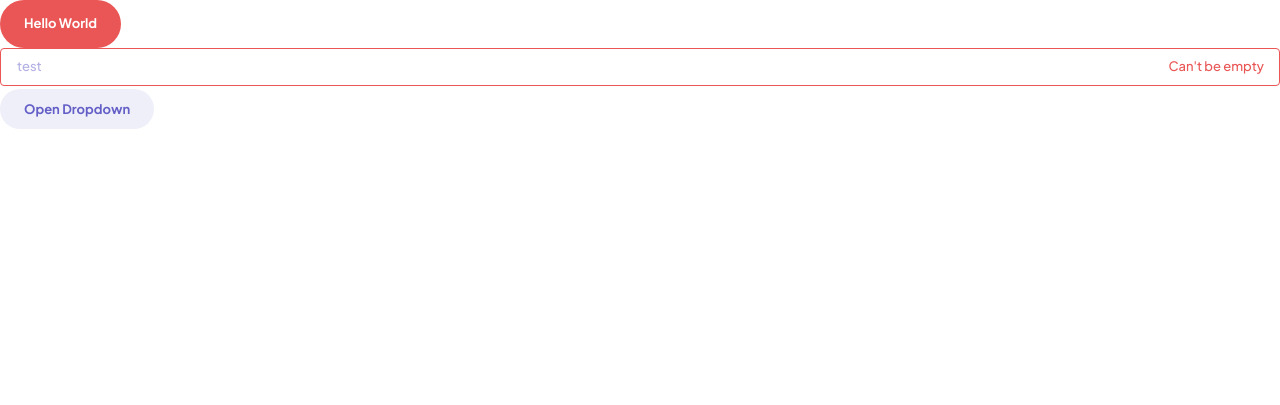
Repository: Baraajad231/Kanban-Board
Page: /
The author's editor kept a copy of each file at every save. The page is drawn from the files as they stood at one save, then again after the next save.
The browser window is 1280 px wide. The pictures show the whole page.
The project was rebuilt for these pictures with package versions that can differ from the ones it lists, and the page was loaded fresh each time. Also part of the build but not shown: vite.config.js.

Above is the page before, as saved 2026-03-24 16:56:26.

After the next save:
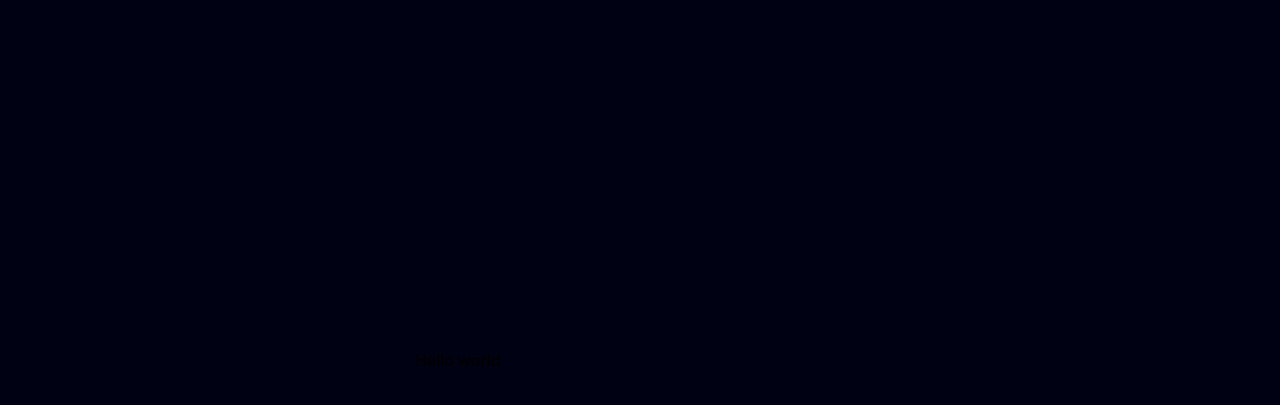
Saved 8 s later.
--- a/src/App.jsx
+++ b/src/App.jsx
@@ -27,7 +27,7 @@
           },
         }}
       />
-      <DialogPrimitive>Hello world</DialogPrimitive>
+      <DialogPrimitive isOpen={true}>Hello world</DialogPrimitive>
     </div>
   );
 }

After the save that followed:
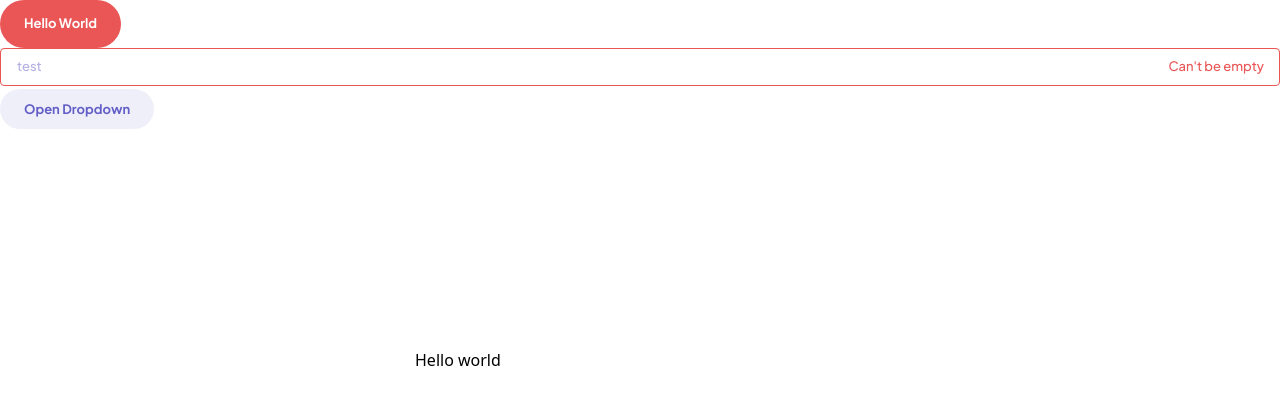
Saved 32 s later.
--- a/src/components/dialogPrimitive.jsx
+++ b/src/components/dialogPrimitive.jsx
@@ -10,7 +10,7 @@
   <Dialog.Root open={isOpen} onOpenChange={setOpen}>
     <Dialog.Trigger asChild>{triggerComponent}</Dialog.Trigger>
     <Dialog.Portal>
-      <Dialog.Overlay className="data-[state=open]:animate-overlayShow fixed inset-0 bg-black" />
+      <Dialog.Overlay className="data-[state=open]:animate-overlayShow bg-gray fixed inset-0" />
       <Dialog.Content className="bg-gray1 data-[state=open]:animate-contentShow fixed top-1/2 left-1/2 max-h-[85vh] w-[90vw] max-w-125 -translate-x-1/2 -translate-y-1/2 rounded-md p-6.25 shadow-(--shadow-6) focus:outline-none">
         <Dialog.Title className="text-heading-l">{title}</Dialog.Title>
         {children}
